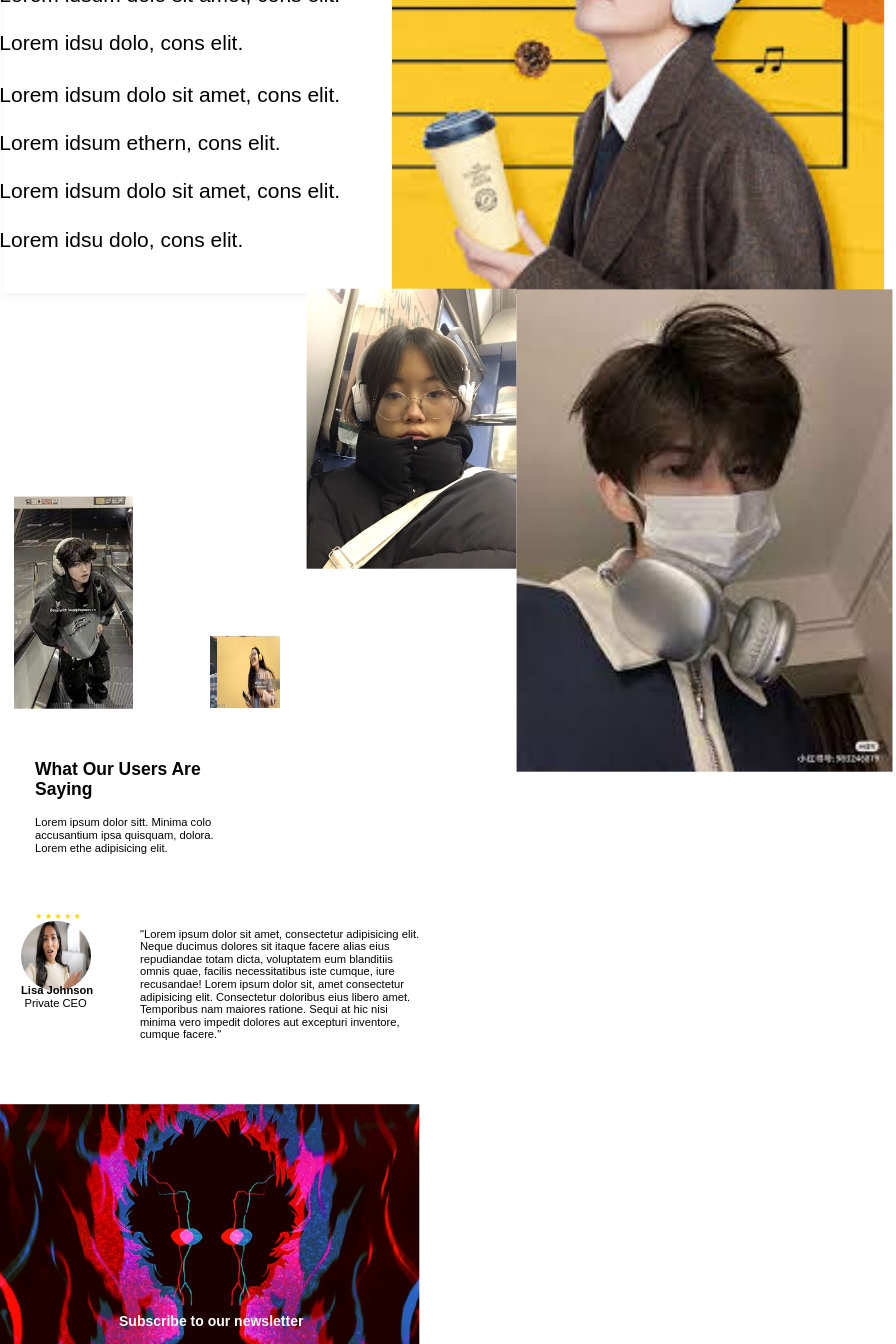
Repository: Femi007-gh/headphones
Page: index.html
An editor plug-in stored every save of this project. The page is shown before and after the next save, followed by the edit.
The browser window is 1280 px wide. The pictures show the part of the page from y = 4198 to 6118 px (the page is 6375 px tall), at 70% of full size.

Above is the page before, as saved 2025-03-03 09:42:35.

After the next save:
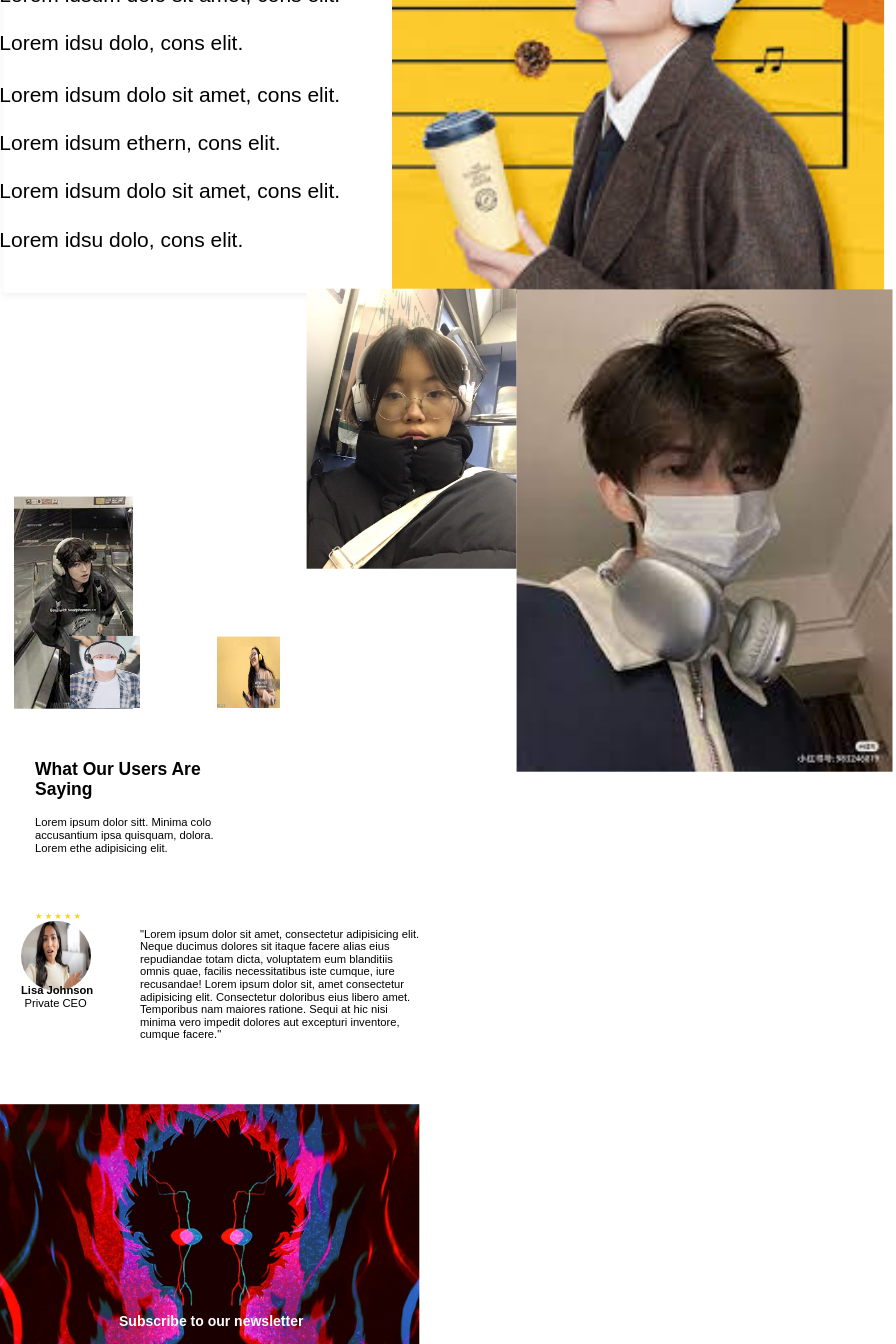
Saved 13 s later.
--- a/style.css
+++ b/style.css
@@ -383,7 +383,7 @@
   .hp5{
   width: 100px;
   height: 103px;
-  margin-left: 300px;
+  margin-left: 100px;
   margin-top: -120px;
   }
   .hp8{

After the save that followed:
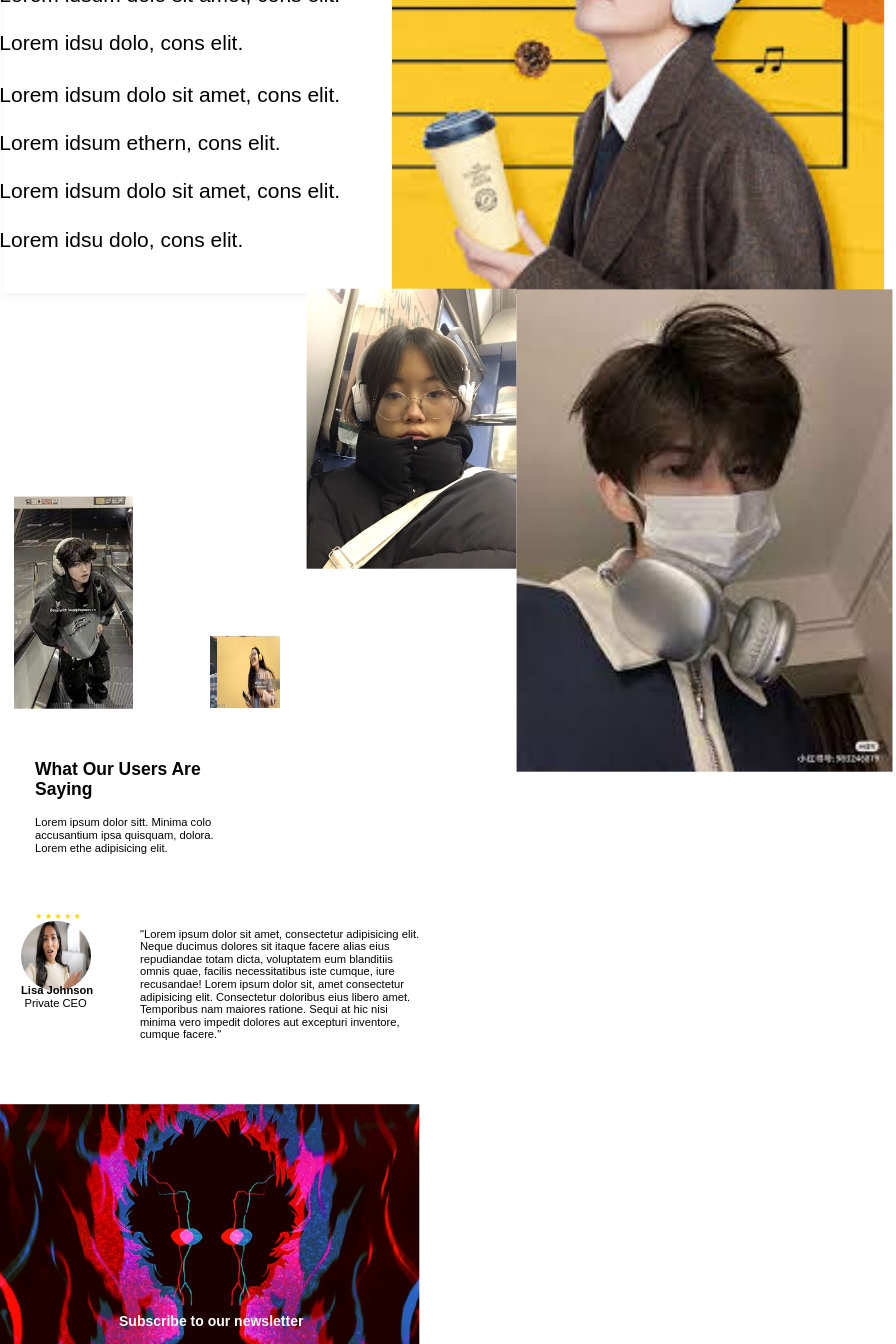
Saved 6 s later.
--- a/style.css
+++ b/style.css
@@ -383,7 +383,7 @@
   .hp5{
   width: 100px;
   height: 103px;
-  margin-left: 100px;
+  margin-left: 300px;
   margin-top: -120px;
   }
   .hp8{
